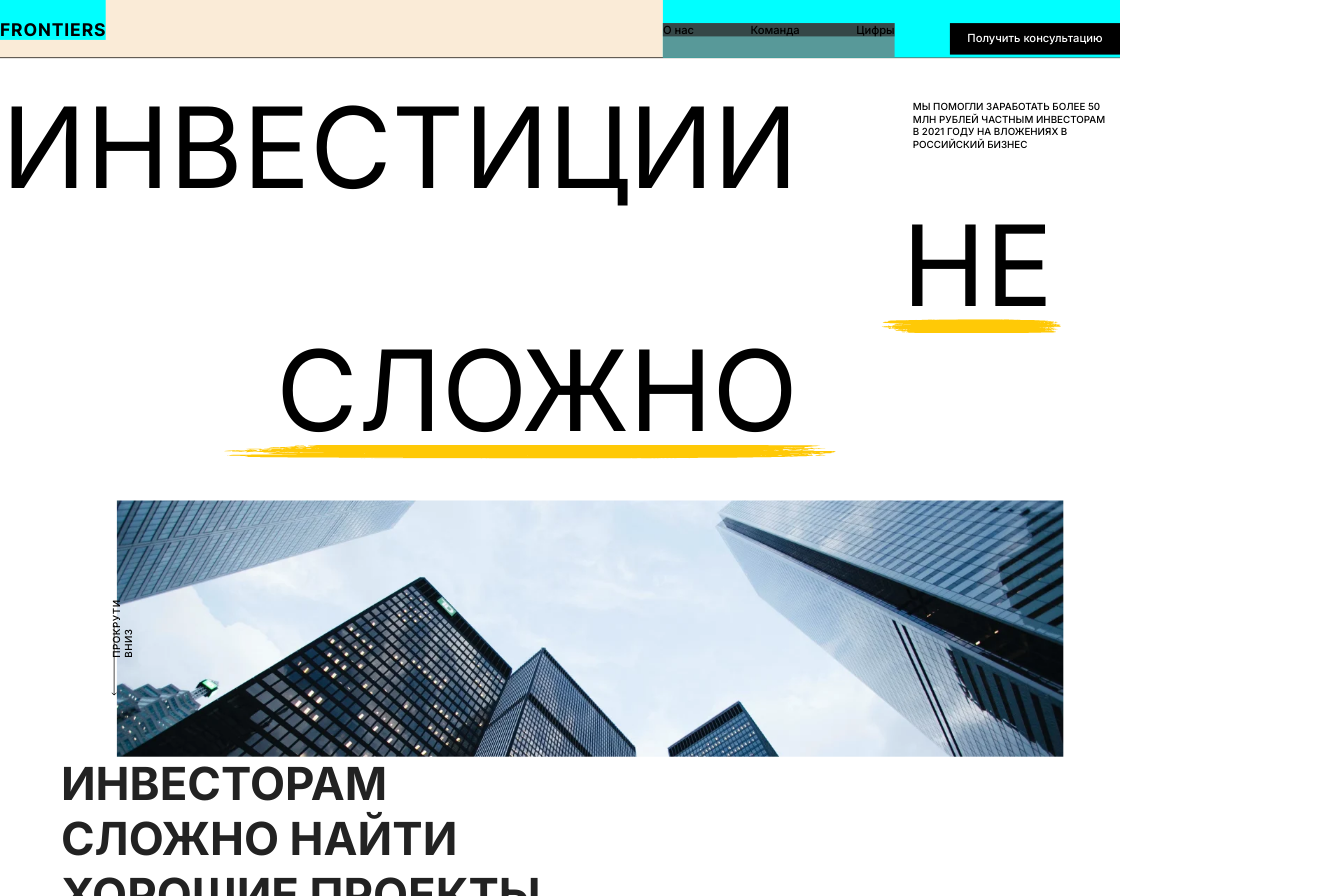
Repository: NadyaKorvin/frontiers
Page: /
These files come from the project's save history. The page is drawn as it stood at one moment and after the next save; the edit follows.
The browser window is 1280 px wide. The page is 1920 px wide, so the pictures cover 1920 px, including what lies to the right of the window. The pictures show the part of the page from y = 0 to 1280 px (the page is 2633 px tall), at 70% of full size.
The project was rebuilt for these pictures with package versions that can differ from the ones it lists, and the page was loaded fresh each time.

Above is the page before, as saved 2022-05-26 17:20:08.

### public/index.html
<!DOCTYPE html>
<html lang="en">
  <head>
    <meta charset="utf-8" />
    <link rel="icon" href="%PUBLIC_URL%/favicon.ico" />
    <meta name="viewport" content="width=device-width, initial-scale=1" />
    <meta name="theme-color" content="#000000" />
    <meta name="description" content="Web site created using create-react-app" />
    <link rel="apple-touch-icon" href="%PUBLIC_URL%/logo192.png" />
    <link rel="manifest" href="%PUBLIC_URL%/manifest.json" />
    <link rel="preconnect" href="https://fonts.googleapis.com" />
    <link rel="preconnect" href="https://fonts.gstatic.com" crossorigin />
    <link href="https://fonts.googleapis.com/css2?family=Inter:wght@300;400;500;700&display=swap" rel="stylesheet" />
    <title>FRONTIERS</title>
  </head>
  <body>
    <noscript>You need to enable JavaScript to run this app.</noscript>
    <div id="root"></div>
  </body>
</html>

### src/index.js
import React from "react"
import ReactDOM from "react-dom/client"

import App from "./App"

const root = ReactDOM.createRoot(document.getElementById("root"))
root.render(
  <React.StrictMode>
    <App />
  </React.StrictMode>
)

### src/App.js
import { useState } from "react";
import "./App.css";
import { SecondScreenAnimation } from "./components/secondScreen/SecondScreenAnimation";
import FirstScreen from "./components/firstScreen/FirstScreen";
import LastScreen from "./components/lastScreen/LastScreen";

function App() {
  const [mousePosition, setMousePosition] = useState("");

  const listenUpperMousePosition = (event) => {
    console.log(event);
    console.log(event.target);
    setMousePosition(event.target);
  };

  return (
    <>
      <FirstScreen />
      <div className="App">
        <SecondScreenAnimation listenMousePosition={listenUpperMousePosition} />
      </div>
      <LastScreen />
    </>
  );
}
export default App;

### src/App.css
@import url("./reset.css");
@import url("./components/secondScreen/SecondScreen.css");
@import url("./font/font.css");
@import url("./components/firstScreen/FirstScreen.css");
@import url("./components/lastScreen/LastScreen.css");
@import url("./components/button/Button.css");
@import url("./components/form/Form.css");

body {
  font-family: "Inter";
}

### src/components/secondScreen/SecondScreenAnimation.js
export function SecondScreenAnimation({ listenMousePosition, mousePosition }) {
  let goUp = ""
  const goUpBlackLines = (mousePosition) => {
    if (mousePosition === "animation__text_first_part") {
      goUp = "up"
      return goUp
    }
  }
  goUpBlackLines(mousePosition)
  console.log(goUp)
  return (
    <div className="animation__text_block">
      {goUp != "up" ? (
        <div>
          <div className="animation__text" onMouseOver={listenMousePosition}>
            <p className="animation__text_first_part">Инвесторам сложно найти хорошие проекты,</p>
            <p className="animation__text_second_part">а хорошим проектам — инвестиции.</p>
          </div>
          <div className="animation__black_lines">
            <div className="animation__1th_black_line"></div>
            <div className="animation__2th_black_line"></div>
            <div className="animation__3th_black_line"></div>
          </div>
        </div>
      ) : (
        <div>
          <div className="animation__text" onMouseOver={listenMousePosition}>
            <p className="animation__text_first_part" style={{ color: "#fff" }}>
              Инвесторам сложно найти хорошие проекты,
            </p>
            <p className="animation__text_second_part" style={{ color: "#000" }}>
              а хорошим проектам — инвестиции.
            </p>
          </div>
          <div className="animation__black_lines">
            <div className="animation__1th_black_line" style={{ width: "484px", marginTop: "-475px" }}></div>
            <div className="animation__2th_black_line" style={{ width: "586px" }}></div>
            <div className="animation__3th_black_line" style={{ width: "722px" }}></div>
          </div>
        </div>
      )}
    </div>
  )
}

### src/components/lastScreen/LastScreen.js
import React from "react";
import Form from "../form/Form"
import LogoKojo from "./LogoKojo"

export default function LastScreen() {
  return (
    <>
      <section className="lastscreen">
        <div className="lastscreen__wrapper">
          <div className="lastscreen__left_content">
            <p>
              ОТПРАВЬТЕ НАМ ЗАЯВКУ НА КОНСУЛЬТАЦИЮ И МЫ ПОДБЕРЕМ ДЛЯ ВАС
              НАИБОЛЕЕ ПОДХОДЯЩУЮ СТРАТЕГИЮ
            </p>
          </div>
          <div className="lastscreen__right_content">
            <div className="lastscreen__text_form">
              <p>ЗАПОЛНИТЕ ФОРМУ И МЫ С ВАМИ СВЯЖЕМСЯ В БЛИЖАЙШЕЕ ВРЕМЯ</p>
            </div>
            <Form />
          </div>
        </div>
        <footer className="lastscreen__footer">
          <div className="lastscreen__contact">
            <p>КОНТАКТЫ</p>
            <p>Санкт-Петербург, Невский пр-кт, 71 (5 этаж)</p>
            <p>+7 000 987 6543</p>
            <p><a href="mailto:info@frontiers.ru" >info@frontiers.ru</a></p>
          </div>
          <div className="lastscreen__design">
            <p>Дизайн и разработка</p>
            <LogoKojo />
          </div>
          <div className="lastscreen__frontiers">
            <p>FRONTIERS</p>
            <p>Политика конфиденциальности</p>
            <p>© 2022 Frontiers Group</p>
          </div>
        </footer>
      </section>
    </>
  );
}

### src/reset.css
html,
body,
div,
span,
applet,
object,
iframe,
h1,
h2,
h3,
h4,
h5,
h6,
p,
blockquote,
pre,
a,
abbr,
acronym,
address,
big,
cite,
code,
del,
dfn,
em,
img,
ins,
kbd,
q,
s,
samp,
small,
strike,
strong,
sub,
sup,
tt,
var,
b,
u,
i,
center,
dl,
dt,
dd,
ol,
ul,
li,
fieldset,
form,
label,
legend,
table,
caption,
tbody,
tfoot,
thead,
tr,
th,
td,
article,
aside,
canvas,
details,
embed,
figure,
figcaption,
footer,
header,
hgroup,
menu,
nav,
output,
ruby,
section,
summary,
time,
mark,
audio,
video {
  margin: 0;
  padding: 0;
  border: 0;
  font-size: 100%;
  font: inherit;
  vertical-align: baseline;
}

:focus {
  outline: 0;
}

article,
aside,
details,
figcaption,
figure,
footer,
header,
hgroup,
menu,
nav,
section {
  display: block;
}

body {
  line-height: 1;
}

ol,
ul {
  list-style: none;
}

blockquote,
q {
  quotes: none;
}

blockquote:before,
blockquote:after,
q:before,
q:after {
  content: "";
  content: none;
}

table {
  border-collapse: collapse;
  border-spacing: 0;
}

input[type="search"]::-webkit-search-cancel-button,
input[type="search"]::-webkit-search-decoration,
input[type="search"]::-webkit-search-results-button,
input[type="search"]::-webkit-search-results-decoration {
  -webkit-appearance: none;
  -moz-appearance: none;
}

input[type="search"] {
  -webkit-appearance: none;
  -moz-appearance: none;
  -webkit-box-sizing: content-box;
  -moz-box-sizing: content-box;
  box-sizing: content-box;
}

textarea {
  overflow: auto;
  vertical-align: top;
  resize: vertical;
}

[hidden] {
  display: none;
}

html {
  font-size: 100%; /* 1 */
  -webkit-text-size-adjust: 100%; /* 2 */
  -ms-text-size-adjust: 100%; /* 2 */
}

a:focus {
  outline: thin dotted;
}

a:active,
a:hover {
  outline: 0;
}

img {
  border: 0;
  -ms-interpolation-mode: bicubic;
}

figure {
  margin: 0;
}

form {
  margin: 0;
}

fieldset {
  border: 1px solid #c0c0c0;
  margin: 0 2px;
  padding: 0.35em 0.625em 0.75em;
}

legend {
  border: 0; /* 1 */
  padding: 0;
  white-space: normal; /* 2 */
  *margin-left: -7px; /* 3 */
}

button,
input,
select,
textarea {
  font-size: 100%; /* 1 */
  margin: 0; /* 2 */
  vertical-align: baseline; /* 3 */
  *vertical-align: middle; /* 3 */
}

button,
input {
  line-height: normal;
}

button,
select {
  text-transform: none;
}

button,
html input[type="button"], /* 1 */
input[type="reset"],
input[type="submit"] {
  -webkit-appearance: button; /* 2 */
  cursor: pointer; /* 3 */
  *overflow: visible; /* 4 */
}

button[disabled],
html input[disabled] {
  cursor: default;
}

input[type="checkbox"],
input[type="radio"] {
  box-sizing: border-box; /* 1 */
  padding: 0; /* 2 */
  *height: 13px; /* 3 */
  *width: 13px; /* 3 */
}

input[type="search"] {
  -webkit-appearance: textfield; /* 1 */
  -moz-box-sizing: content-box;
  -webkit-box-sizing: content-box; /* 2 */
  box-sizing: content-box;
}

input[type="search"]::-webkit-search-cancel-button,
input[type="search"]::-webkit-search-decoration {
  -webkit-appearance: none;
}

button::-moz-focus-inner,
input::-moz-focus-inner {
  border: 0;
  padding: 0;
}

textarea {
  overflow: auto; /* 1 */
  vertical-align: top; /* 2 */
}

table {
  border-collapse: collapse;
  border-spacing: 0;
}

html,
button,
input,
select,
textarea {
  color: #222;
}

::-moz-selection {
  background: #b3d4fc;
  text-shadow: none;
}

::selection {
  background: #b3d4fc;
  text-shadow: none;
}

img {
  vertical-align: middle;
}

fieldset {
  border: 0;
  margin: 0;
  padding: 0;
}

textarea {
  resize: vertical;
}

.chromeframe {
  margin: 0.2em 0;
  background: #ccc;
  color: #000;
  padding: 0.2em 0;
}

### src/components/secondScreen/SecondScreen.css
.second__screen {
  display: flex;
  justify-content: space-between;
  margin: 0 auto;
  margin-top: 174px;
  /* придкмать решение сделать по центру*/
  display: flex;
  width: 1600px;
  height: 733px;
}

.animation__text_block {
  display: block;
  margin-left: 87px;
}

.animation__text_first_part,
.animation__text_second_part {
  width: 770px;
  text-transform: uppercase;
  font-size: 65px;
  font-weight: 700;
  line-height: 79px;
  transition: 0.6s ease-out;
}

.animation__text_second_part {
  color: #fff;
}

.animation__black_lines {
  margin-left: -10px;
  margin-top: -236px;
}

.animation__1th_black_line {
  margin-bottom: 5px;
  height: 75px;
  width: 444px;
  background-color: #000;
  transition: 0.6s ease-out;
}

.animation__2th_black_line {
  margin-bottom: 5px;
  height: 75px;
  width: 475px;
  background-color: #000;
  transition: 0.6s ease-out;
}
.animation__3th_black_line {
  height: 75px;
  width: 502px;
  background-color: #000;
  transition: 0.6s ease-out;
}

.right__part {
  display: flex;
  margin-left: 190px;
  flex-direction: column;
}

.conversation__image {
  margin-right: 222px;
  display: block;
  width: 400px;
  height: 400px;
  background: url("../secondScreen/people.png");
}

.decoration_marks {
  margin-top: -110px;
  transform: rotate(-180deg);
  font-size: 200px;
  font-weight: 300;
}

.text_paragraph {
  margin-left: 90px;
  width: 431px;
  font-size: 18px;
  font-weight: 400;
  line-height: 23px;
  text-transform: uppercase;
  line-height: 130%;
}

### src/font/font.css
@font-face {
  font-family: "Inter";
  src:
    url("./Inter-Bold.ttf") format("truetype")
    url("./Inter-Bold.woff2") format("woff2"),
    url("./Inter-Bold.woff") format("woff");
  font-weight: 700;
  font-style: normal;
  font-stretch: normal;
  unicode-range: U+0020-E0D0;
}

@font-face {
  font-family: "Inter";
  src:
    url("./Inter-Regular.woff2") format("woff2"),
    url("./Inter-Regular.ttf") format("truetype")
    url("./Inter-Regular.woff") format("woff");
  font-weight: 400;
  font-style: normal;
  font-stretch: normal;
  unicode-range: U+0020-E0D0;
}

@font-face {
    font-family:'Inter Medium';
    src:
        url("./Inter-Medium.ttf") format("truetype")
        url('Inter-Medium.woff2') format('woff2'),
		url('Inter-Medium.woff') format('woff');
    font-weight: 500;
    font-style: normal;
    font-stretch: normal;
    unicode-range: U+0020-E0D0;
}

@font-face {
    font-family:'Inter Light';
    src:
        url("./Inter-Light.ttf") format("truetype")
        url('Inter-Light.woff2') format('woff2'),
		url('Inter-Light.woff') format('woff');
    font-weight: 300;
    font-style: normal;
    font-stretch: normal;
    unicode-range: U+0020-E0D0;
}

### src/components/firstScreen/FirstScreen.css
.firstscreen {
  height: 1080px;
}

.firstscreen__header {
  width: 1600px;
  height: 82px;
  margin: 0 auto;
  border-bottom: 1px solid #000000;
  display: flex;
  justify-content: space-between;
  background-color: antiquewhite;
}

.firstscreen__logotype {
  width: 151px;
  height: 30px;
  padding-top: 27px;
  font-family: "Inter";
  font-style: normal;
  font-weight: 700;
  font-size: 25px;
  line-height: 30px;
  letter-spacing: 0.05em;
  color: #000000;
  background-color: aqua;
}

.firstscreen__menu {
  padding-top: 33px;
  width: 653px;
  display: flex;
  justify-content: space-between;
  background-color: aqua;
}

.firstscreen__nav {
  width: 331px;
  background-color: rgb(88, 153, 153);
}

.firstscreen__nav_team {
  display: flex;
  justify-content: space-between;
  font-family: "Inter";
  font-style: normal;
  font-weight: 500;
  font-size: 16px;
  line-height: 19px;
  color: #000000;
  background-color: rgb(53, 71, 71);
}

.firstscreen__button {
  width: 243px;
  height: 45px;
  top: 19px;
  background: #000000;
}

.firstscreen__text_btn {
  padding-top: 12px;
  padding-bottom: 12px;
  font-family: "Inter";
  font-style: normal;
  font-weight: 500;
  font-size: 16px;
  line-height: 19px;
  text-align: center;
  color: #ffffff;
}

.firstscreen__content {
  margin: 0 auto;
  width: 1600px;
  margin-top: 30px;
  display: flex;
}

.firstscreen__content_left_text {
  width: 1140px;
  height: 542px;
  display: flex;
  flex-direction: column;
  justify-content: space-between;
  text-align: end;
  font-family: "Inter";
  font-style: normal;
  font-weight: 400;
  font-size: 160px;
  line-height: 194px;
  text-transform: uppercase;
  color: #000000;
}

.firstscreen__content_vector_complex {
  margin-top: -20px;
  margin-left: 320px;
  width: 874px;
  height: 20px;
  background: url("./complex.svg");
}

.firstscreen__content_rihgt_text {
  margin-top: 30px;
  margin-left: 164px;
  width: 279px;
  height: 332px;
}

.firstscreen__content_rihgt_text_up {
  font-family: "Inter";
  font-style: normal;
  font-weight: 500;
  font-size: 14px;
  line-height: 130%;
  text-transform: uppercase;
  color: #000000;
}

.firstscreen__content_rihgt_text_down {
  margin-top: 66px;
  margin-left: -15px;
  width: 215px;
  height: 194px;
  font-family: "Inter";
  font-style: normal;
  font-weight: 400;
  font-size: 160px;
  line-height: 194px;
  text-transform: uppercase;
  color: #000000;
}

.firstscreen__content_vector_not {
  margin-top: -20px;
  margin-left: -30px;
  width: 256px;
  height: 20px;
  background: url(./not.svg);
}

.firstscreen__content_bottom_content {
  margin-top: 60px;
  margin-left: 160px;
  display: flex;
  justify-content: space-between;
}

.firstscreen__content_bottom_content_left {
  display: flex;
}

.firstscreen__content_bottom_content_left_scrolldown {
  margin-left: 139px;
  font-family: "Inter";
  font-style: normal;
  font-weight: 500;
  font-size: 14px;
  line-height: 17px;
  letter-spacing: 0.05em;
  color: #000000;
  transform: rotate(-90deg);
}

.firstscreen__content_pointer {
  margin-top: 178px;
  margin-left: -223px;
}

.firstscreen__img {
  width: 1352px;
  height: 366px;
}

### src/components/lastScreen/LastScreen.css
.lastscreen {
  width: 1920px;
  height: 1080px;
}

.lastscreen__wrapper {
  position: relative;
  top: 109px;
  left: 170px;
  display: flex;
  justify-content: space-between;
  width: 1590px;
  height: 553px;
}

.lastscreen__left_content {
  position: relative;
  width: 775px;
  height: 553px;
  box-sizing: border-box;
  font-family: "Inter";
  font-style: normal;
  font-weight: 700;
  font-size: 65px;
  line-height: 79px;
  text-transform: uppercase;
  color: #000000;
}

.lastscreen__right_content {
  position: relative;
  width: 529px;
  height: 553px;
}

.lastscreen__text_form {
  width: 529px;
  height: 46px;
  left: 1231px;
  top: 4438px;
  font-family: "Inter";
  font-style: normal;
  font-weight: 400;
  font-size: 18px;
  line-height: 130%;
  text-transform: uppercase;
  color: #000000;
}

.lastscreen__footer {
  position: relative;
  margin: 308px 160px 0;
  width: 1600px;
  border-top: 1px solid #000000;
  bottom: 0px;
  display: flex;
  justify-content: space-between;
}

.lastscreen__contact {
  width: 357px;
}

.lastscreen__contact > p:nth-child(1) {
  padding: 33px 0 20px;
  font-family: "Inter";
  font-style: normal;
  font-weight: 700;
  font-size: 25px;
  line-height: 30px;
  color: #000000;
}

.contact > p:nth-child(2),
.contact > p:nth-child(3),
.contact > p:nth-child(4) {
  padding-bottom: 15px;
}

.design {
  padding-top: 150px;
  width: 260px;
  display: flex;
  margin-left: -80px;
  justify-content: space-between;
}

.frontiers {
  width: 250px;
  text-align: end;
}

.lastscreen__frontiers > p:nth-child(1) {
    padding: 30px 0 57px;
    font-family: "Inter";
    font-style: normal;
    font-weight: 700;
    font-size: 25px;
    line-height: 30px;
    color: #000000;
  }

.lastscreen__frontiers > p:nth-child(2),
.lastscreen__frontiers > p:nth-child(3) {
    padding-bottom: 15px;
}

a {
    text-decoration: none;
    color: #000000;
}

### src/components/button/Button.css
.form__button {
  position: relative;
  display: block;
  width: 243px;
  height: 55px;
  font-family: "Inter";
  font-size: 16px;
  background-color: #000000;
  border: 0;
  text-align: center;
  cursor: pointer;
  font-family: "Inter";
  font-style: normal;
  font-weight: 500;
  font-size: 16px;
  line-height: 19px;
  color: #ffffff;
}

### src/components/form/Form.css
.form {
  margin-top: 60px;
  width: 529px;
  height: 355px;
  border-top: 1px solid #d1d1d1;
}

.form__input,
.form__textarea {
  width: 529px;
  height: 80px;
  border: 0;
  outline: none;
  font-size: 18px;
  color: #000000;
  text-transform: uppercase;
}

.form__textarea {
  height: 80px;
  line-height: 80px;
  overflow: hidden;
  /* resize: none; */
}

.form__borders {
  border-bottom: 1px solid #d1d1d1;
}

.form__consent {
  display: -webkit-box;
  display: -ms-flexbox;
  display: flex;
  margin: 30px 0 0;
}

.form__policy_text {
  margin-top: 15px;
  margin-left: 15px;
  width: 250px;
  height: 40px;
  box-sizing: border-box;
  font-family: "Inter";
  font-style: normal;
  font-weight: 400;
  font-size: 13px;
  line-height: 150%;
  color: #787878;
}

.form__checkbox {
  opacity: 0;
  width: 0;
}

.form__checkfake {
  margin: 15px 0;
  display: block;
  width: 15px;
  height: 15px;
  border: 1px solid #1f1f1f;
  cursor: pointer;
}

.form__checkfake::before {
  content: "";
  position: absolute;
  display: block;
  width: 14px;
  height: 14px;
  background: url("./checkmark.svg");
  opacity: 0;
}

.form__checkbox:checked + .form__checkfake::before {
  opacity: 1;
}

.form__focus {
  text-transform: uppercase;
  color: #ff0000;
  margin-bottom: 10px;
  font-size: 13px;
}

.form__focus_consent {
  position: relative;
  top: 10px;
  text-transform: uppercase;
  color: #ff0000;
  font-size: 13px;
}

.form__btn {
    margin-top: 14px;
  position: relative;
  overflow: hidden;
}

### src/components/button/Button.js
import React from "react";

export default function Button({ title }) {
  return (
    <>
      <button className="form__button" >
        {title}
      </button>
    </>
  );
}

Loaded but not shown: src/components/lastScreen/LogoKojo.js (76 lines, source omitted); src/components/form/Form.js (142 lines, source omitted); src/components/firstScreen/FirstScreen.js (72 lines, source omitted)

After the next save:
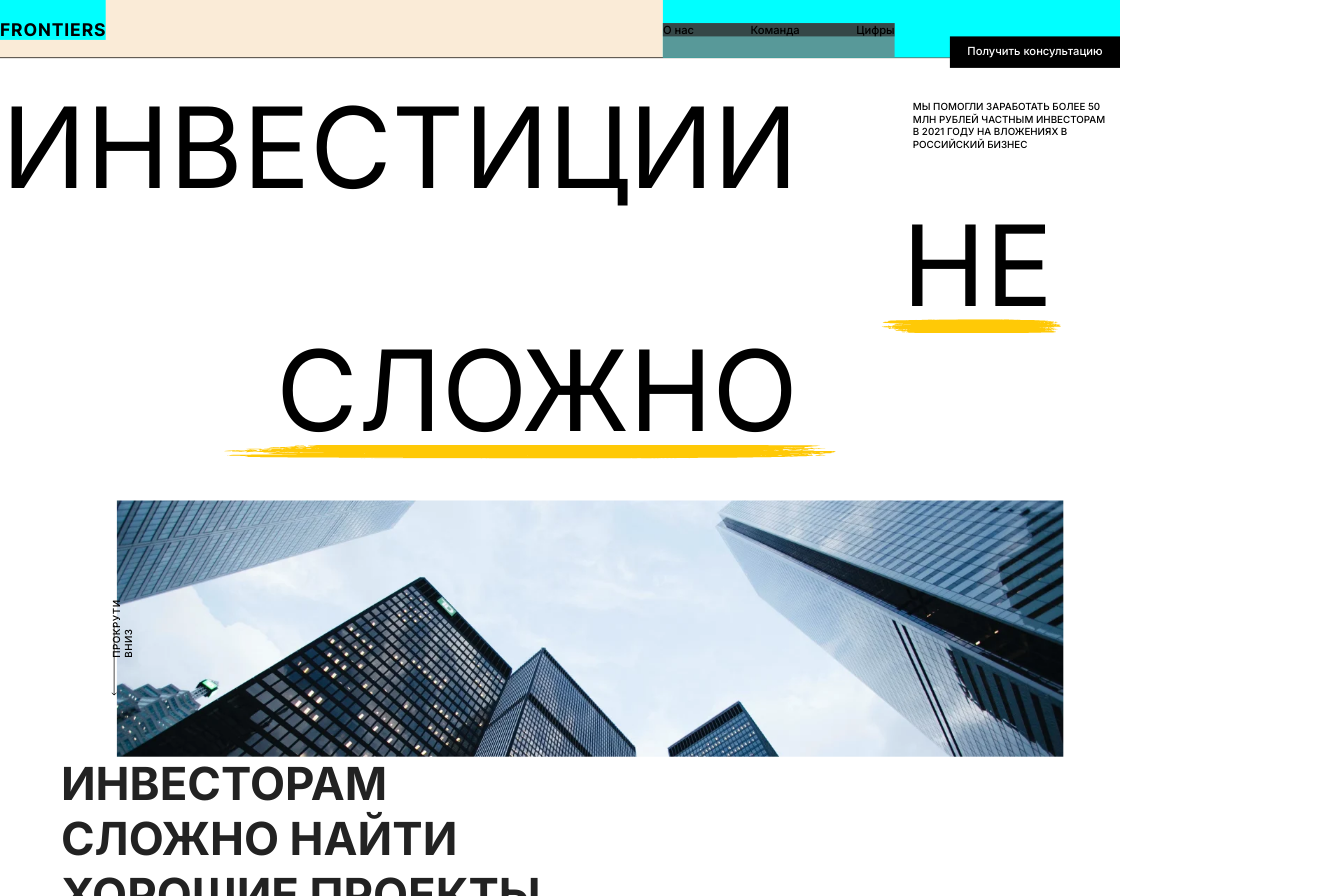
Saved 32 s later.
--- a/src/components/firstScreen/FirstScreen.css
+++ b/src/components/firstScreen/FirstScreen.css
@@ -54,7 +54,7 @@
 .firstscreen__button {
   width: 243px;
   height: 45px;
-  top: 19px;
+  margin-top: 19px;
   background: #000000;
 }
 

After the save that followed:
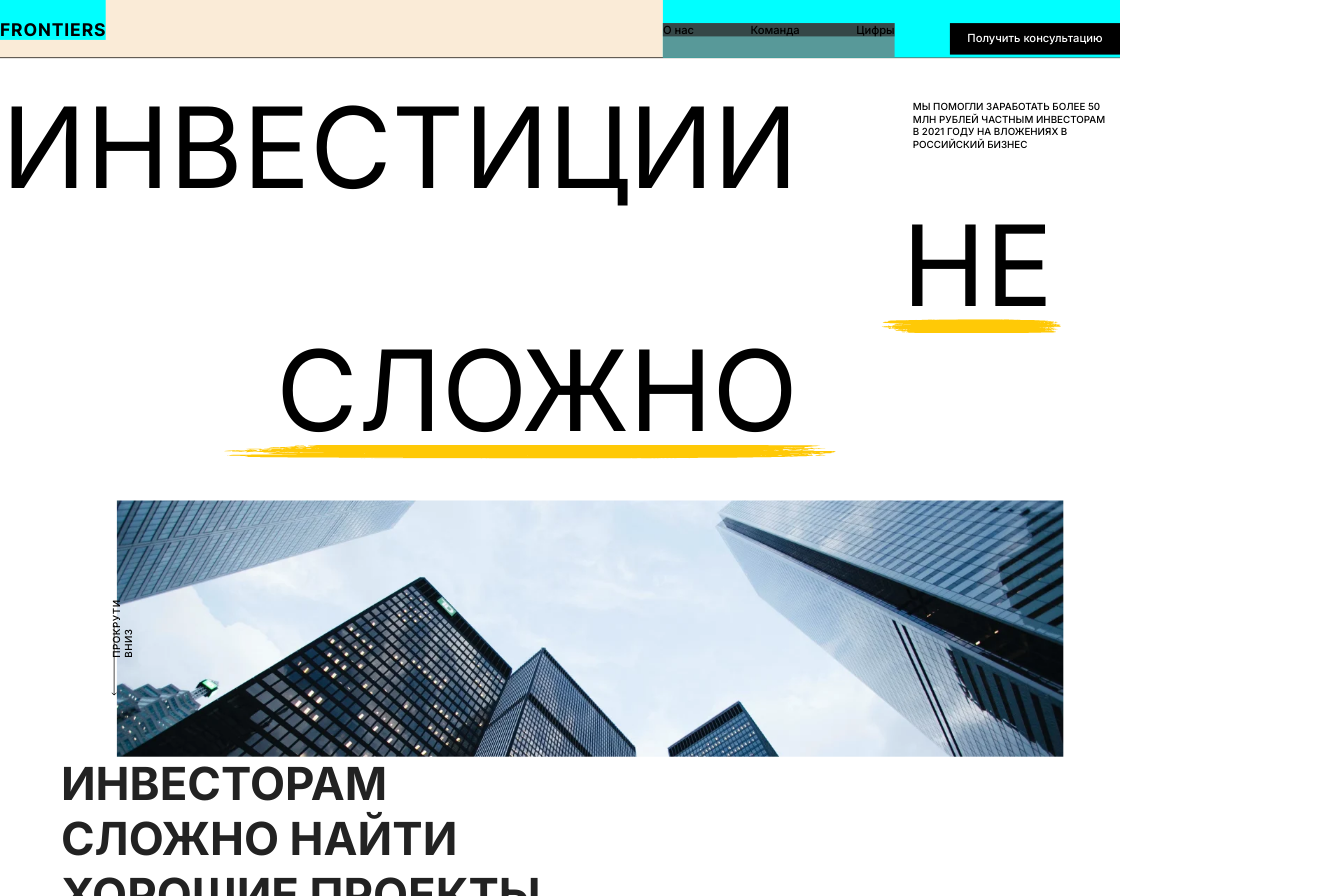
Saved 14 s later.
--- a/src/components/firstScreen/FirstScreen.css
+++ b/src/components/firstScreen/FirstScreen.css
@@ -54,7 +54,7 @@
 .firstscreen__button {
   width: 243px;
   height: 45px;
-  margin-top: 19px;
+  /* margin-top: 19px; */
   background: #000000;
 }
 
